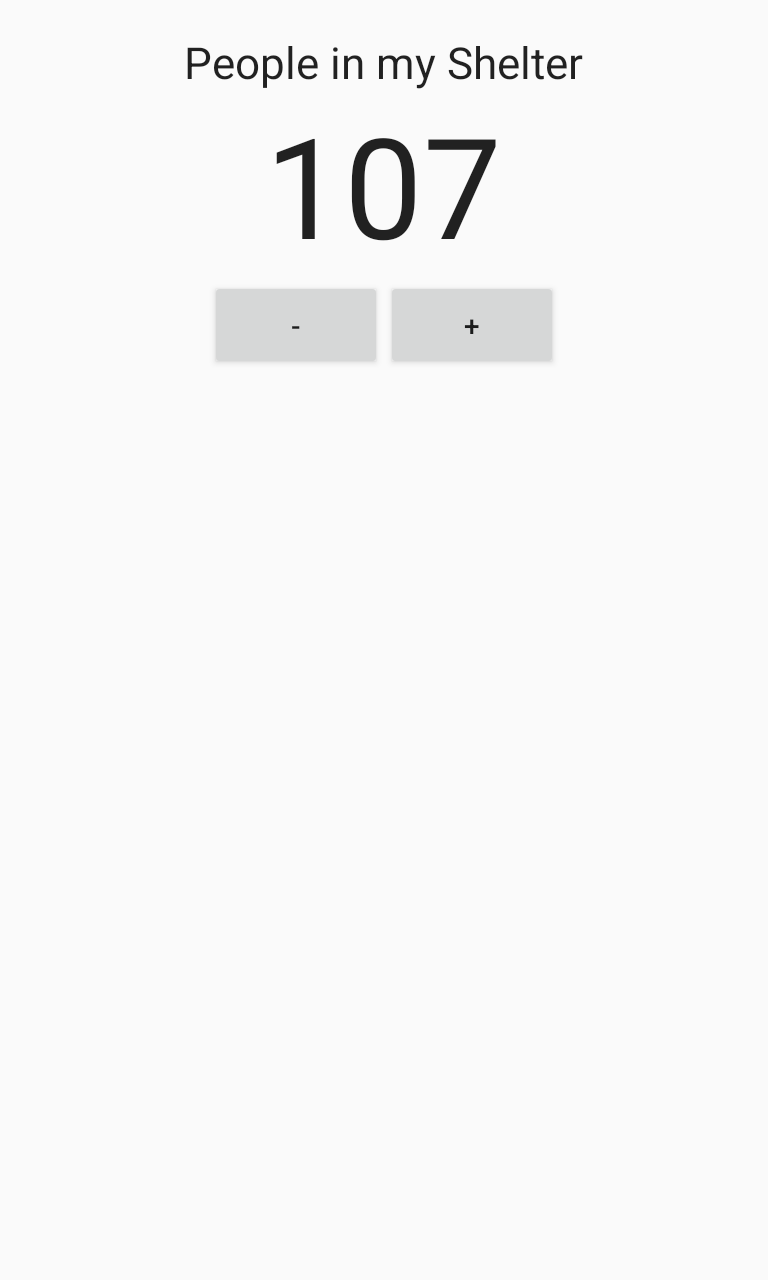
Repository: ckskylight/HackMIT-2014
Layout: HelpMe/res/layout/activity_shelter.xml
These files come from the project's save history. The layout is drawn as it stood at one moment and after the next save; the edit follows.
It is drawn on a 768 x 1280 px phone screen (xhdpi) without system bars, with theme AppTheme; the app's code is not run.

Above is the layout before, as saved 2014-10-05 11:30:27.

After the next save:
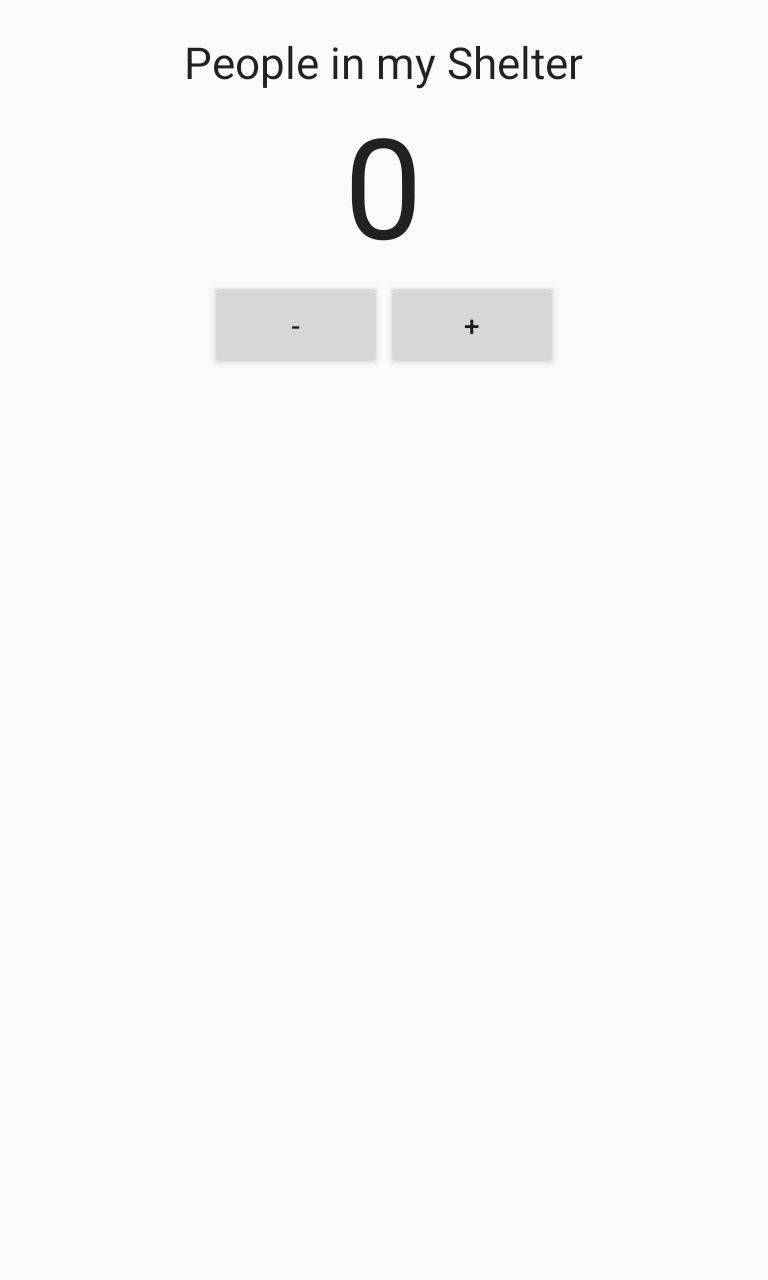
Saved 44 min 48 s later.
--- a/HelpMe/res/values/strings.xml
+++ b/HelpMe/res/values/strings.xml
@@ -13,7 +13,7 @@
     <string name="help_others">Volunteer My Place</string>
     <string name="title_activity_shelter">ShelterActivity</string>
     <string name="people_in_shelter">People in my Shelter</string>
-    <string name="num_people">107</string>
+    <string name="num_people">0</string>
     <string name="add">+</string>
     <string name="subtract">-</string>
 
